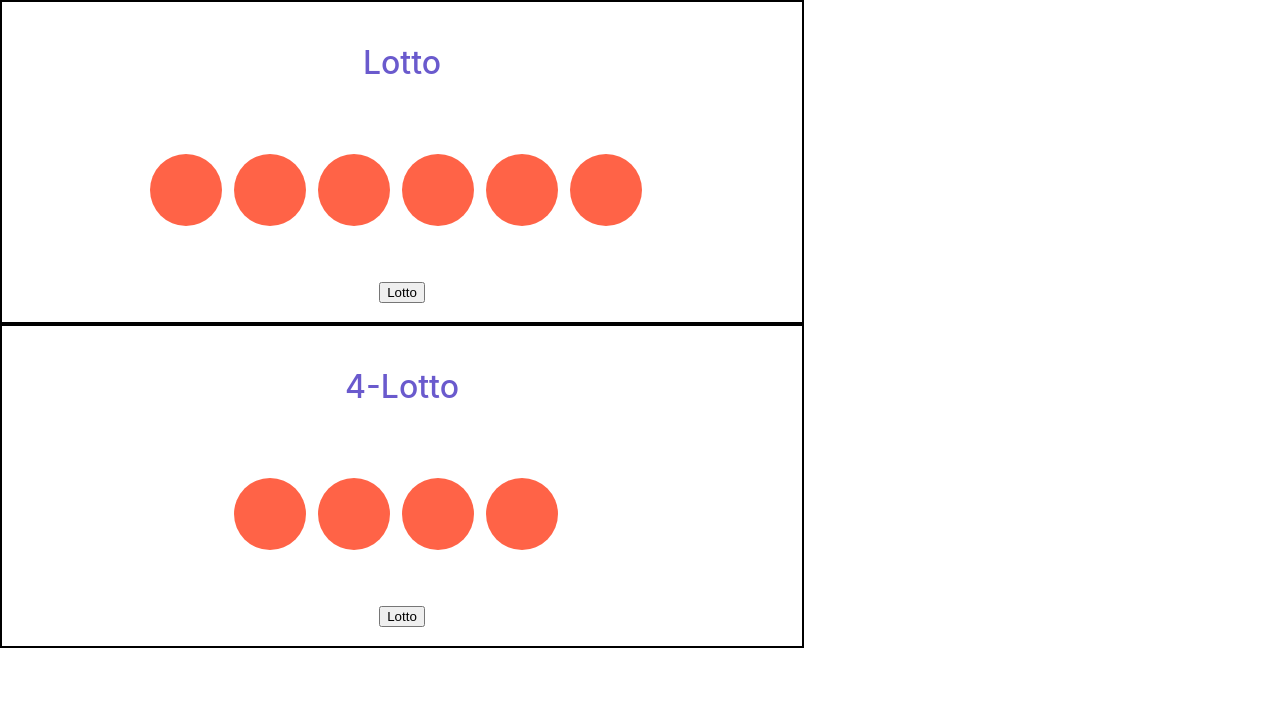
Repository: dung8466/learn-react
Page: / (app in lottery/)
These files come from the project's save history. The page is drawn as it stood at one moment and after the next save; the edit follows.
The browser window is 1280 px wide. The pictures show the whole page.
The project was rebuilt for these pictures with package versions that can differ from the ones it lists, and the page was loaded fresh each time.

Above is the page before, as saved 2022-09-18 21:05:53.

### lottery/src/App.js
import React, {Component} from 'react';
import './App.css';
import Lotto from './Lotto';
class App extends Component{
  render(){
    return (
      <div className="App">
        <Lotto />
        <Lotto title='4-Lotto' numBall={4} maxNum={10}/>
      </div>
    );
  }
}

export default App;

### lottery/src/Lotto.js
import React, {Component} from "react";
import './Lotto.css';
import LotteryBall from "./LotteryBall";

class Lotto extends Component{
    static defaultProps = {
        title : 'Lotto',
        numBall : 6,
        maxNum: 99
    }
    constructor(props){
        super(props);
        this.state = {nums : Array.from({length: this.props.numBall}) };
        this.generate = this.generate.bind(this);
    }
    generate(){
        this.setState(curSt => ({
            nums: curSt.nums.map(num => num = Math.floor(Math.random() * this.props.maxNum)),
        }))
    }
    render(){
        return(
            <div className="lotto">
                <h1>{this.props.title}</h1>
                <div className="ballDisplay">
                    {this.state.nums.map(b => (
                        <LotteryBall nums={b}/>
                    ))}
                </div>
                <button onClick={this.generate}>Lotto</button>
            </div>
        );
    }
}

export default Lotto;

### lottery/src/Lotto.css
.lotto{
    display: flex;
    flex-direction: column;
    justify-content: space-evenly;
    align-items: center;
    flex-wrap: wrap;
    gap: 2em;
    border: 2px solid black;
    max-width: 50em;
    height: 20em;
}

.lotto h1{
    font-size: 2em;
    font-weight: 500;
    color: slateblue;
}

### lottery/src/LotteryBall.js
import React, {Component} from "react";
import './LotteryBall.css';

class LotteryBall extends Component{
    render(){
        return(
            <div className="ball">{this.props.nums}</div>
        );
    }
}

export default LotteryBall;

### lottery/src/LotteryBall.css
.ball{
    display: inline-block;
    background-color: tomato;
    color: white;
    border-radius: 50%;
    width: 3em;
    height: 2.25em;
    text-align: center;
    padding-top: 0.75em;
    margin-right: 0.5em;
    font-weight: bold;
    font-size: 1.5em;
}

Loaded but not shown: lottery/public/index.html (common file); lottery/src/index.js (common file); lottery/src/index.css (common file); lottery/src/reportWebVitals.js (common file); lottery/src/App.css (common file)

After the next save:
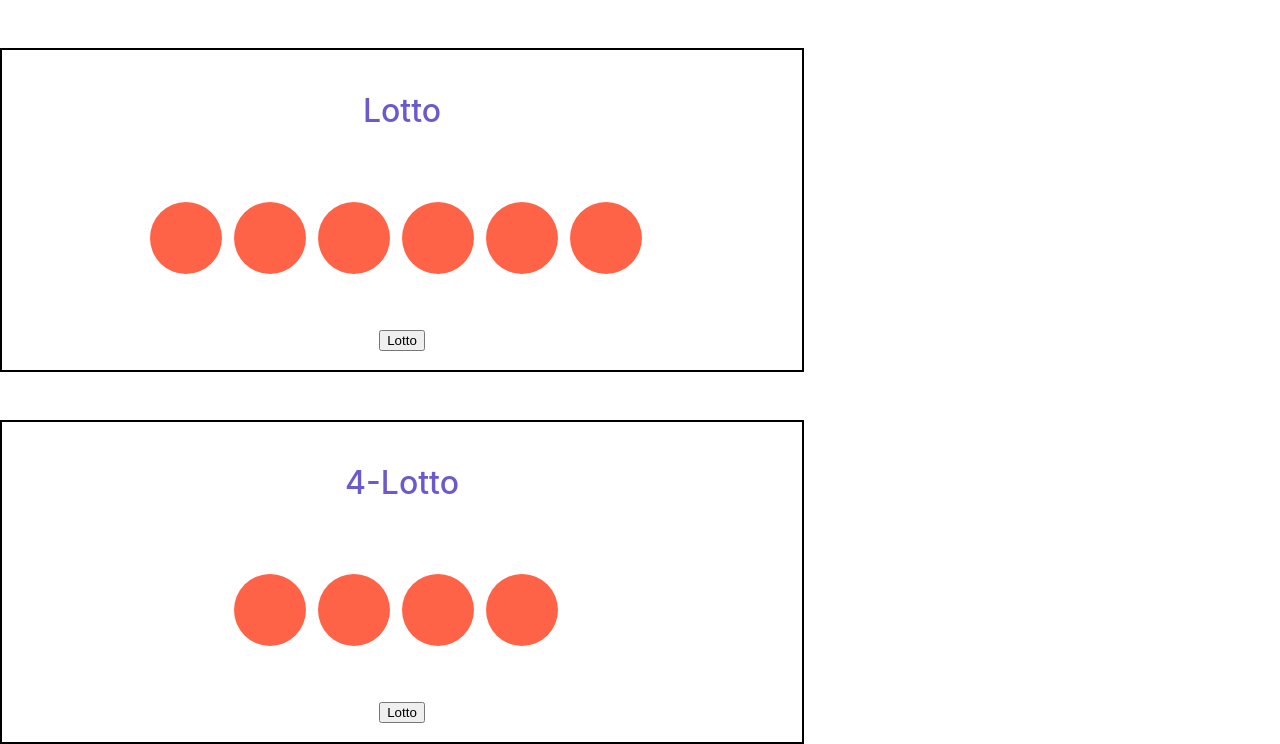
Saved 30 s later.
--- a/lottery/src/Lotto.css
+++ b/lottery/src/Lotto.css
@@ -8,6 +8,7 @@
     border: 2px solid black;
     max-width: 50em;
     height: 20em;
+    margin-top: 3em;
 }
 
 .lotto h1{
